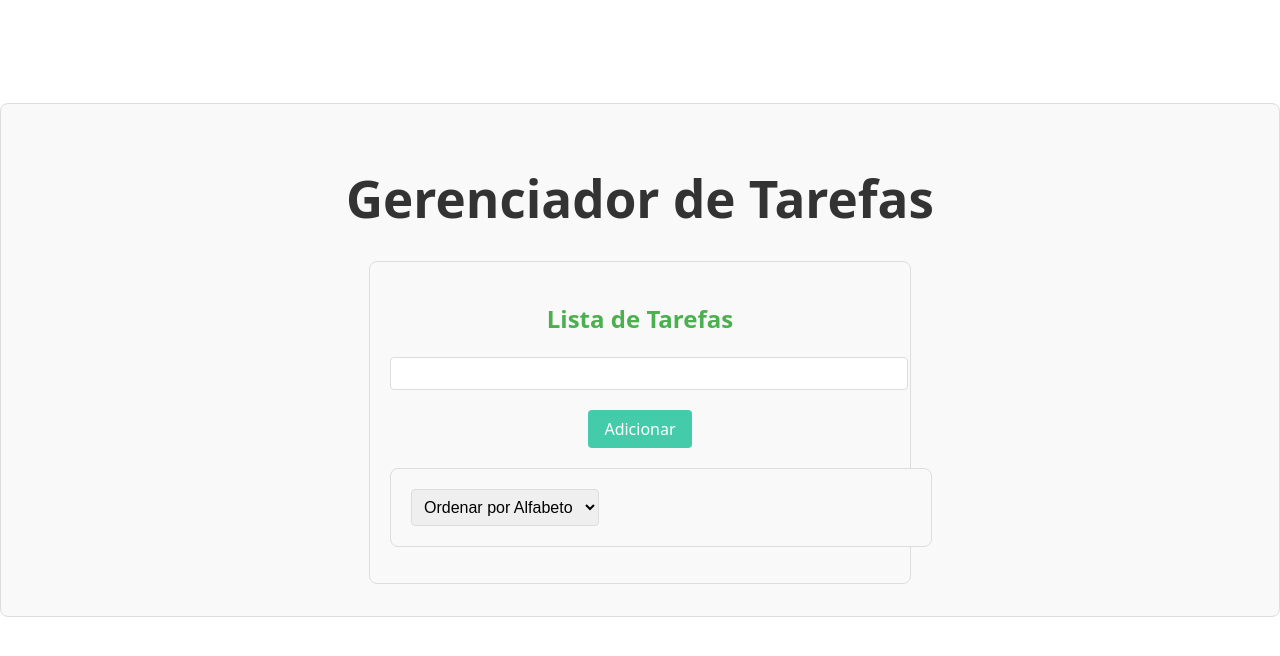
Repository: matheusarrabal12/todo
Page: /
An editor plug-in stored every save of this project. The page is shown before and after a run of saves, followed by the edit.
The browser window is 1280 px wide. The pictures show the whole page.
The project was rebuilt for these pictures with package versions that can differ from the ones it lists, and the page was loaded fresh each time. Also part of the build but not shown: vite.config.js.

Above is the page before, as saved 2025-04-03 15:12:45.

After the next 2 saves:
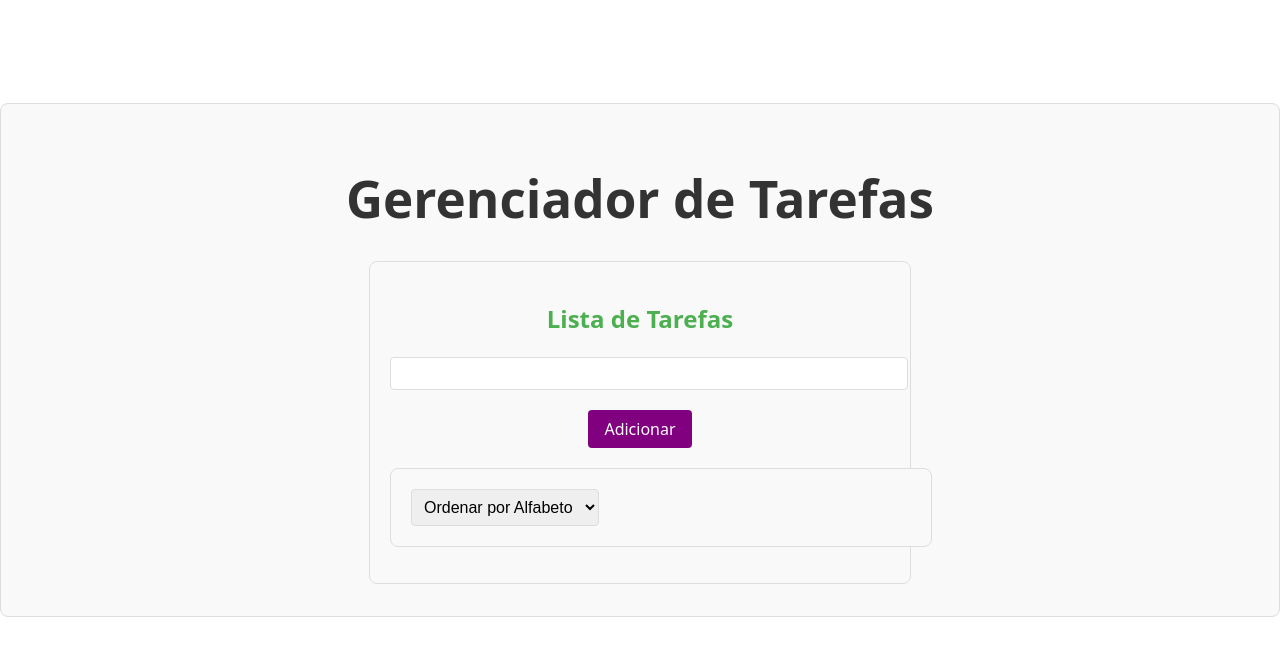
The 2 saves are shown as one change because they came seconds apart.
The last was saved 6 s later.
--- a/src/components/ListaTarefas.css
+++ b/src/components/ListaTarefas.css
@@ -29,7 +29,7 @@ h2 {
 
   button {
     padding: 8px 16px;
-    background-color: #4caf;
+    background-color: purple;
     color: white;
     border: none;
     border-radius: 4px;
